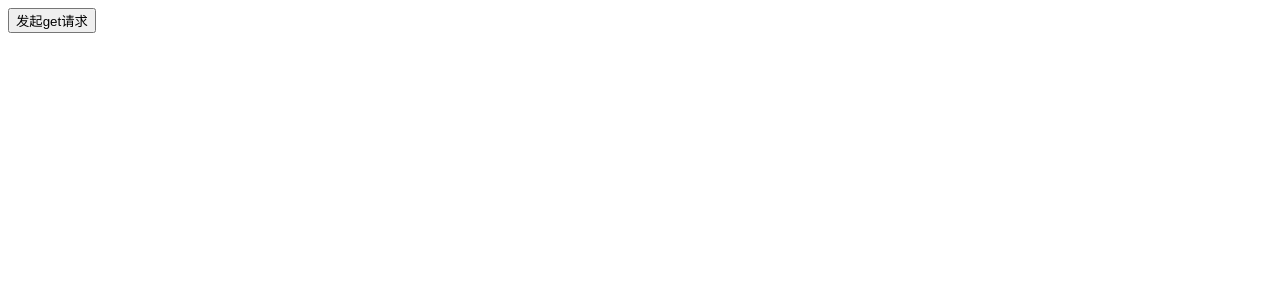
Repository: R1Deemo/ajax
Page: axios.html
The author's editor kept a copy of each file at every save. The page is drawn from the files as they stood at one save, then again after the next save.
The browser window is 1280 px wide. The pictures show the whole page.

Above is the page before, as saved 2022-10-27 19:22:33.

### axios.html
<!DOCTYPE html>
<html lang="en">

<head>
    <meta charset="UTF-8">
    <meta http-equiv="X-UA-Compatible" content="IE=edge">
    <meta name="viewport" content="width=device-width, initial-scale=1.0">
    <title>Document</title>
    <script src="./lib/axios.js"></script>
</head>

<body>
    <button id="btn1">发起get请求</button>
</body>
<script>
    document.querySelector('#btn1').addEventListener('click', function() {
        var url = 'http://www.liulongbin.top:3006/api/get'
        var paramsObj = {
            name: 'zs',
            age: 20
        }
        axios.get(url, {
            params: paramsObj
        }).then(function(res) {
            console.log(res)
        })
    })
</script>

</html>

Loaded but not shown: lib/axios.js (library)

After the next save:
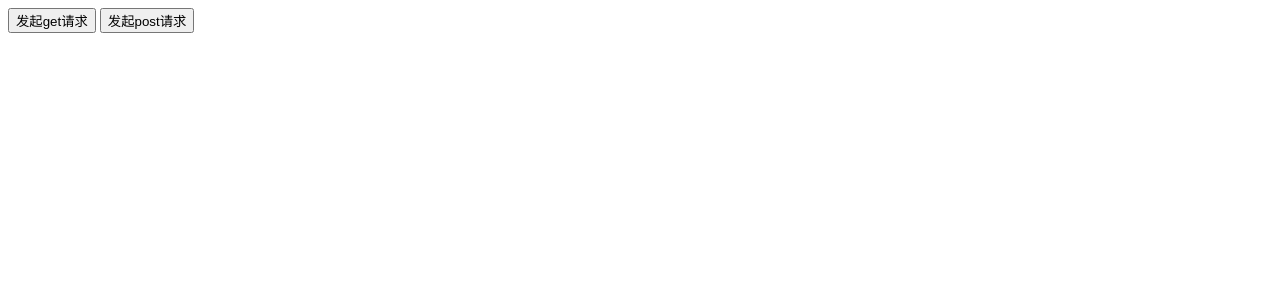
Saved 4 min 4 s later.
--- a/axios.html
+++ b/axios.html
@@ -11,6 +11,7 @@
 
 <body>
     <button id="btn1">发起get请求</button>
+    <button id="btn2">发起post请求</button>
 </body>
 <script>
     document.querySelector('#btn1').addEventListener('click', function() {
